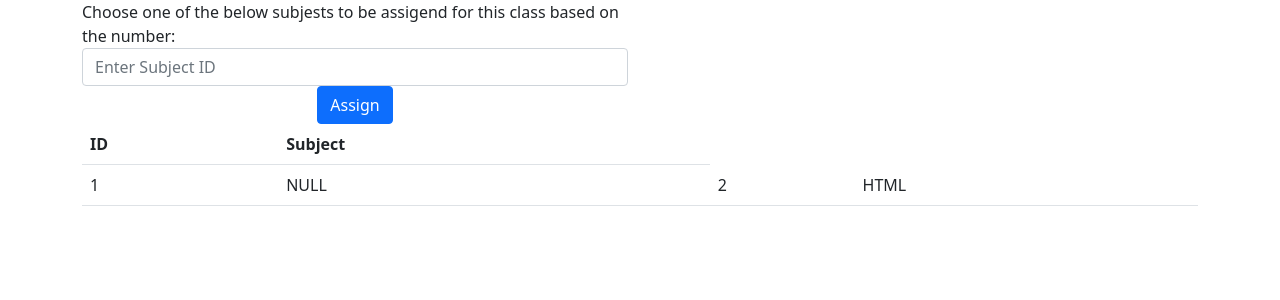
Repository: hossam141/Java_FSD_Vodafone_Project_1_Phase-2
Page: http://localhost/Admin_for_Learners__Academy/assignSub.jsp
An editor plug-in stored every save of this project. The page is shown before and after the next save, followed by the edit.
The browser window is 1280 px wide. The pictures show the whole page.
The page is served by Tomcat 9.

Above is the page before, as saved 2023-02-28 19:53:35.

After the next save:
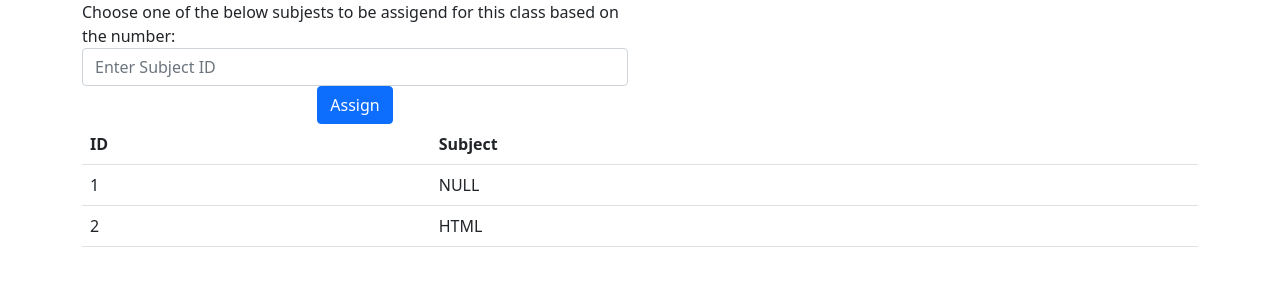
Saved 27 min 17 s later.
--- a/Admin_for_Learners_ Academy/src/main/webapp/assignSub.jsp
+++ b/Admin_for_Learners_ Academy/src/main/webapp/assignSub.jsp
@@ -45,6 +45,7 @@
 			<tr>
 				<td>1</td>
 				<td>NULL</td>
+			<tr>
 				<td>2</td>
 				<td>HTML</td>
 
